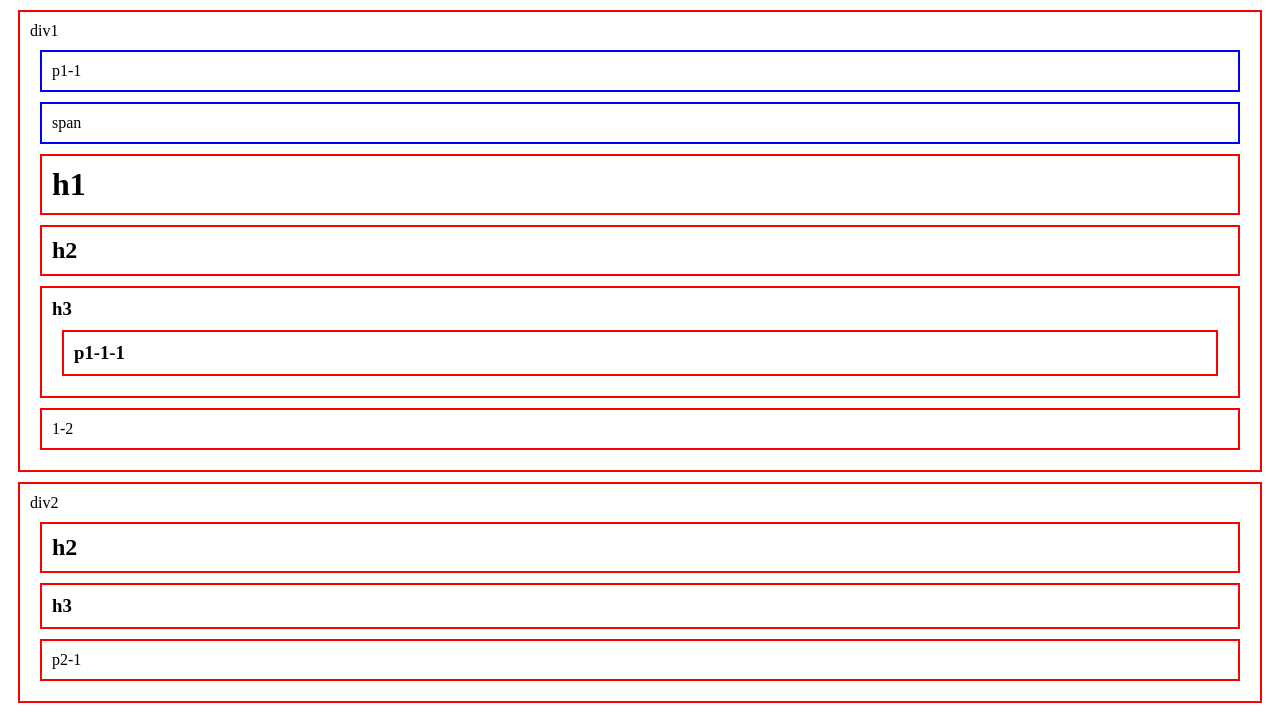
Repository: dhfkdlxm/Lecture-Web
Page: Lecture-Web/WebContent/jquery/exam18.html
The author's editor kept a copy of each file at every save. The page is drawn from the files as they stood at one save, then again after the next save.
The browser window is 1280 px wide. The pictures show the whole page.

Above is the page before, as saved 2021-06-18 01:05:57.

After the next save:
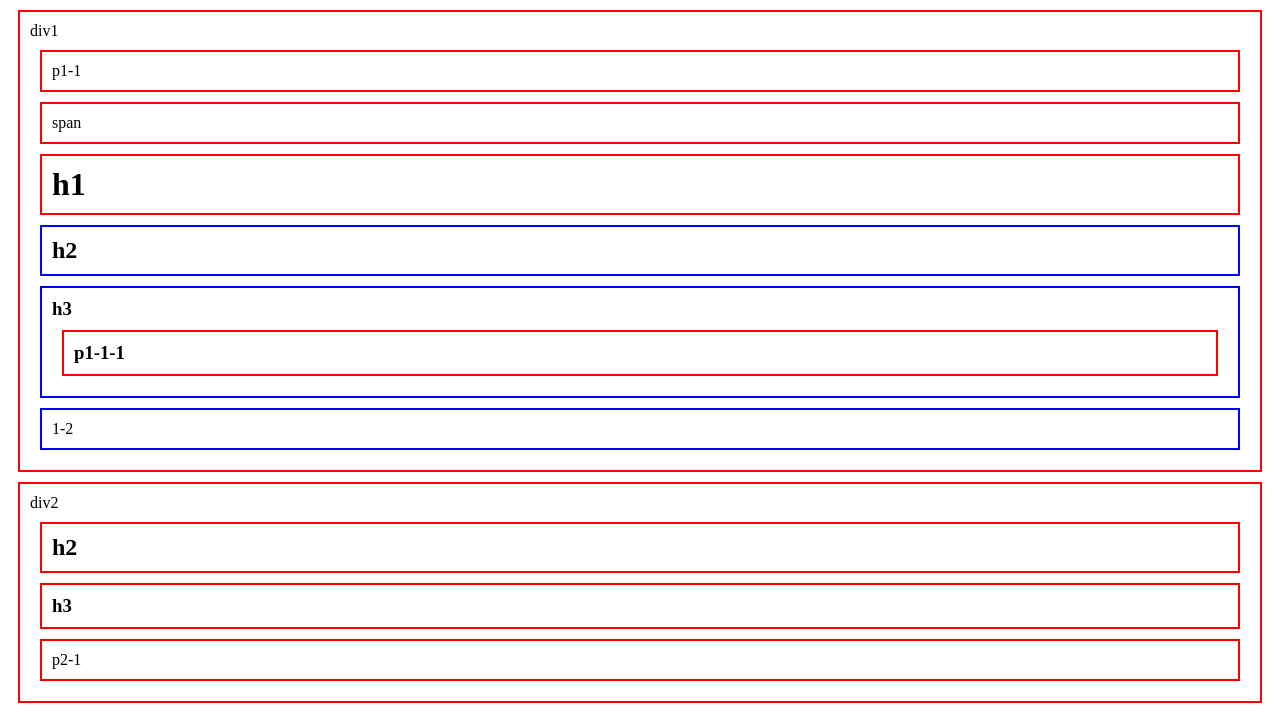
Saved 13 s later.
--- a/Lecture-Web/WebContent/jquery/exam18.html
+++ b/Lecture-Web/WebContent/jquery/exam18.html
@@ -27,7 +27,7 @@
 		//나와 같은 level에 있는 애들중 나다음부터 설정 태그까지~!
 		//$('h1').nextUntil('p').css('border','2px solid blue')
 
-		$('h1').prevAll().css('border','2px solid blue')
+		$('h1').nextAll().css('border','2px solid blue')
 
 	})
 </script>

After the save that followed:
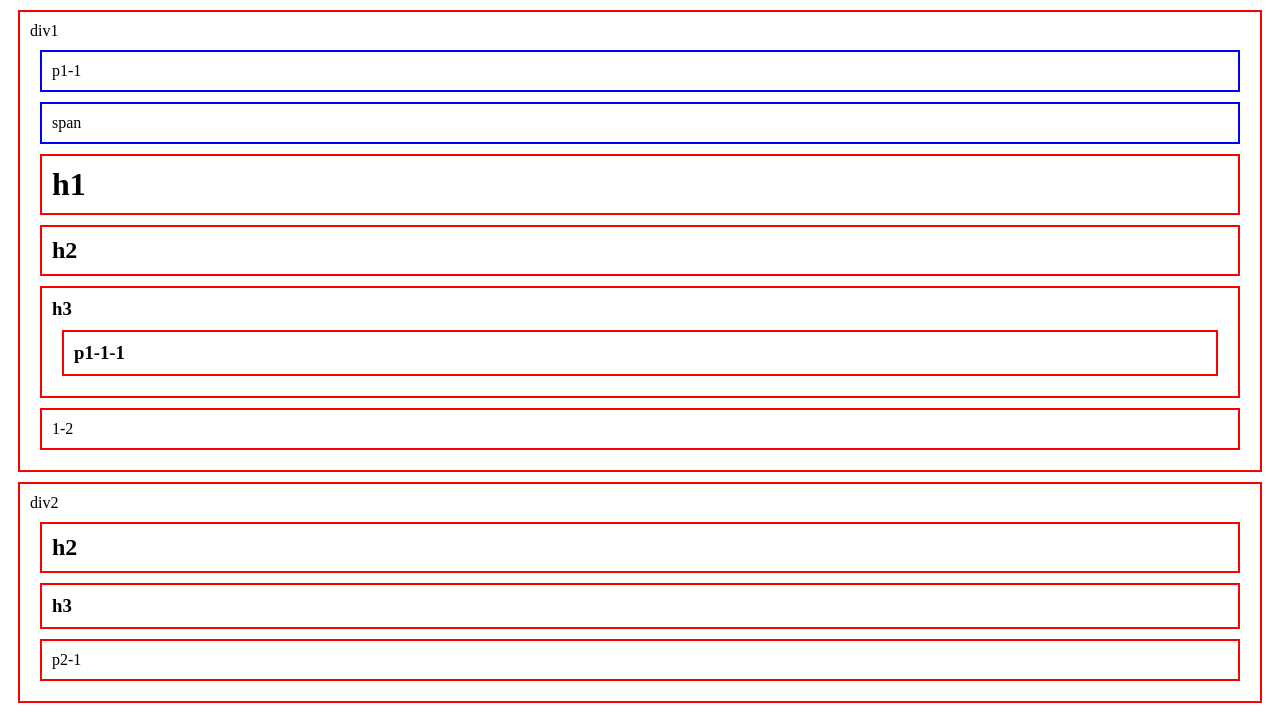
Saved 8 s later.
--- a/Lecture-Web/WebContent/jquery/exam18.html
+++ b/Lecture-Web/WebContent/jquery/exam18.html
@@ -27,7 +27,7 @@
 		//나와 같은 level에 있는 애들중 나다음부터 설정 태그까지~!
 		//$('h1').nextUntil('p').css('border','2px solid blue')
 
-		$('h1').nextAll().css('border','2px solid blue')
+		$('h1').prevAll().css('border','2px solid blue')
 
 	})
 </script>
